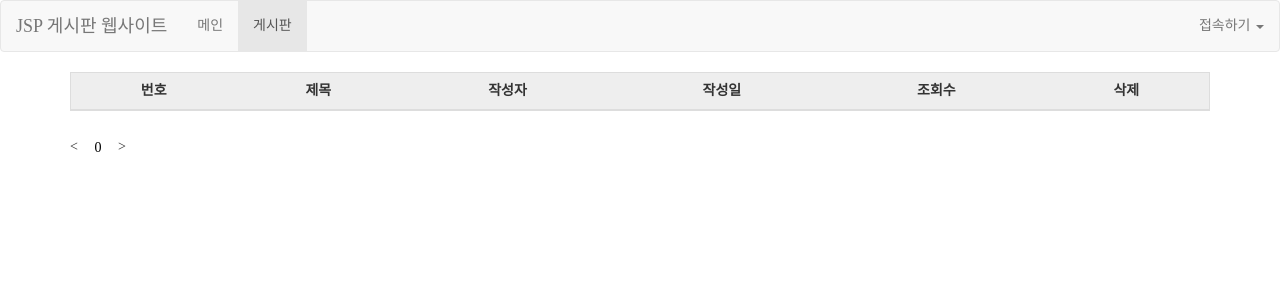
Repository: serendipity63/mychelin
Page: http://localhost/board/WEB-INF/views/boardlist.jsp
The author's editor kept a copy of each file at every save. The page is drawn from the files as they stood at one save, then again after the next save.
The browser window is 1280 px wide. The pictures show the whole page.
Some web fonts or font styles are not loaded; a fallback is used. Some web libraries are served in a nearby version. The page is served by Tomcat 9. Nobody is signed in. The template is opened directly, without the code that normally fills it, so the values that code supplies are empty.

Above is the page before, as saved 2024-01-11 02:03:20.

After the next save:
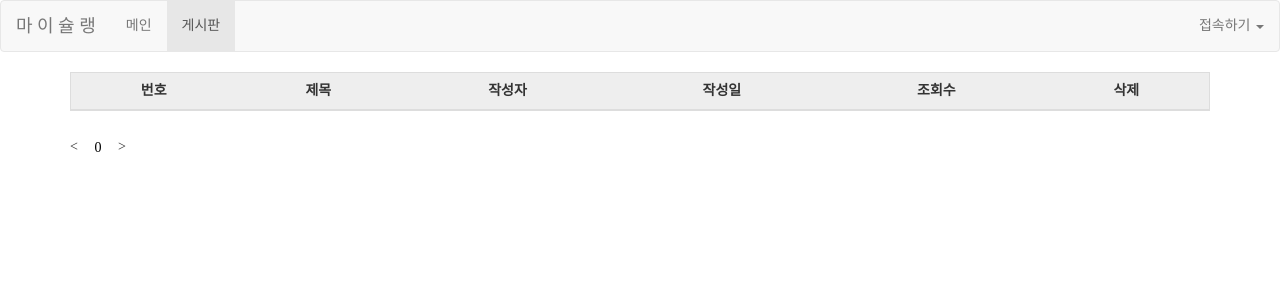
Saved 20 s later.
--- a/board/src/main/webapp/WEB-INF/views/boardlist.jsp
+++ b/board/src/main/webapp/WEB-INF/views/boardlist.jsp
@@ -31,7 +31,7 @@ text-decoration:none;
 				<span class="icon-bar"></span> <span class="icon-bar"></span> <span
 					class="icon-bar"></span>
 			</button>
-			<a class="navbar-brand" href="main">JSP 게시판 웹사이트</a>
+			<a class="navbar-brand" href="main">마 이 슐 랭</a>
 		</div>
 		<div class="collapse navbar-collapse"
 			id="bs-example-navbar-collapse-1">
